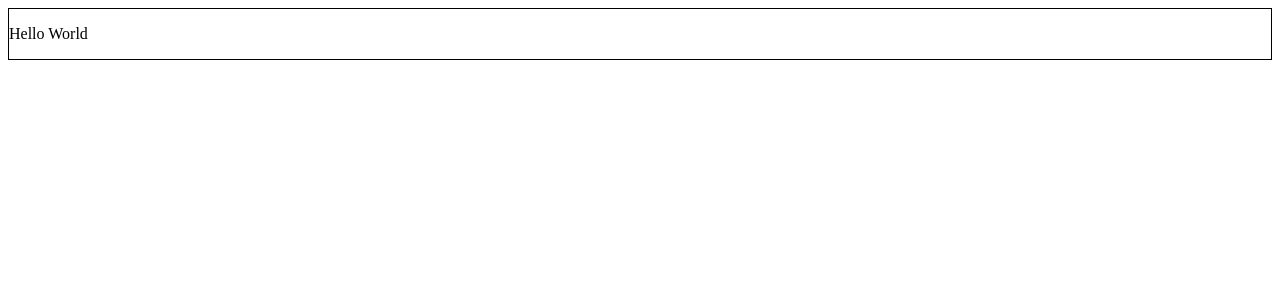
Repository: cedricRGT45/studentOclock
Page: S01-Ovitrine-J2-cedricRGT45/index.html
An editor plug-in stored every save of this project. The page is shown before and after the next save, followed by the edit.
The browser window is 1280 px wide. The pictures show the whole page.

Above is the page before, as saved 2024-03-27 21:25:57.

After the next save:
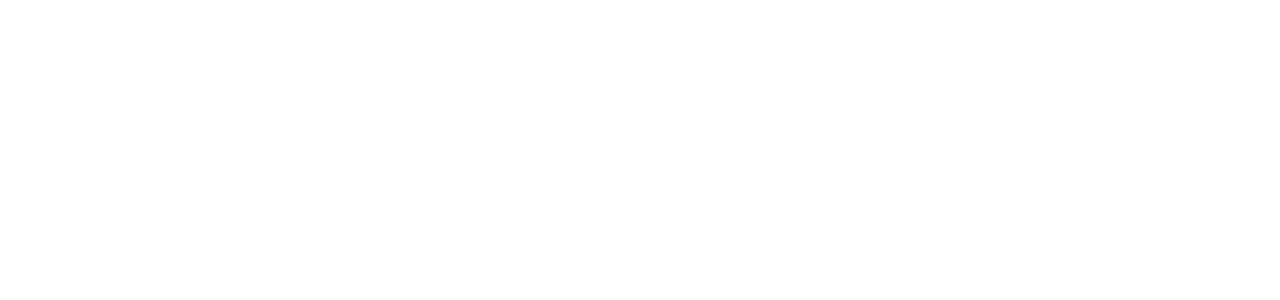
Console error: ReferenceError: auto is not defined
Saved 34 s later.
--- a/S01-Ovitrine-J2-cedricRGT45/script.js
+++ b/S01-Ovitrine-J2-cedricRGT45/script.js
@@ -1,6 +1,6 @@
 const container = document.createElement("div")
 container.style.border = "1px solid black"
-container.style.width = "auto"
+container.style.width = auto
 const helloWorld = document.createElement("p")
 console.log(container, helloWorld)
 helloWorld.textContent = "Hello World"

After the save that followed:
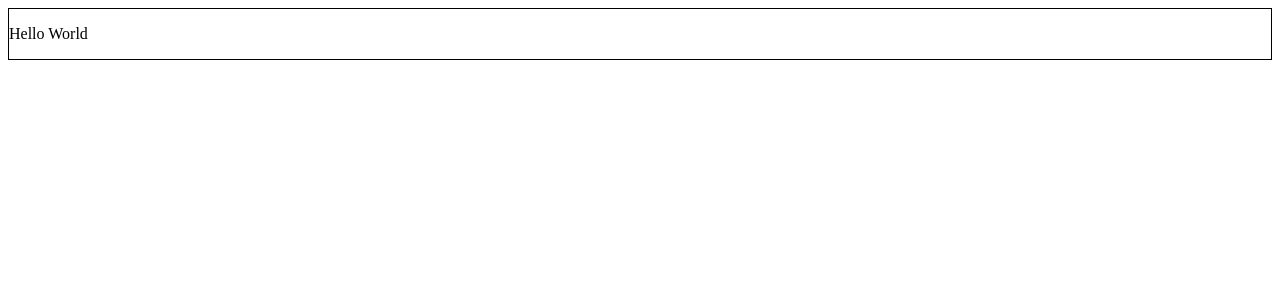
The error is gone.
Saved 5 s later.
--- a/S01-Ovitrine-J2-cedricRGT45/script.js
+++ b/S01-Ovitrine-J2-cedricRGT45/script.js
@@ -1,6 +1,6 @@
 const container = document.createElement("div")
 container.style.border = "1px solid black"
-container.style.width = auto
+container.style.width = "auto"
 const helloWorld = document.createElement("p")
 console.log(container, helloWorld)
 helloWorld.textContent = "Hello World"
